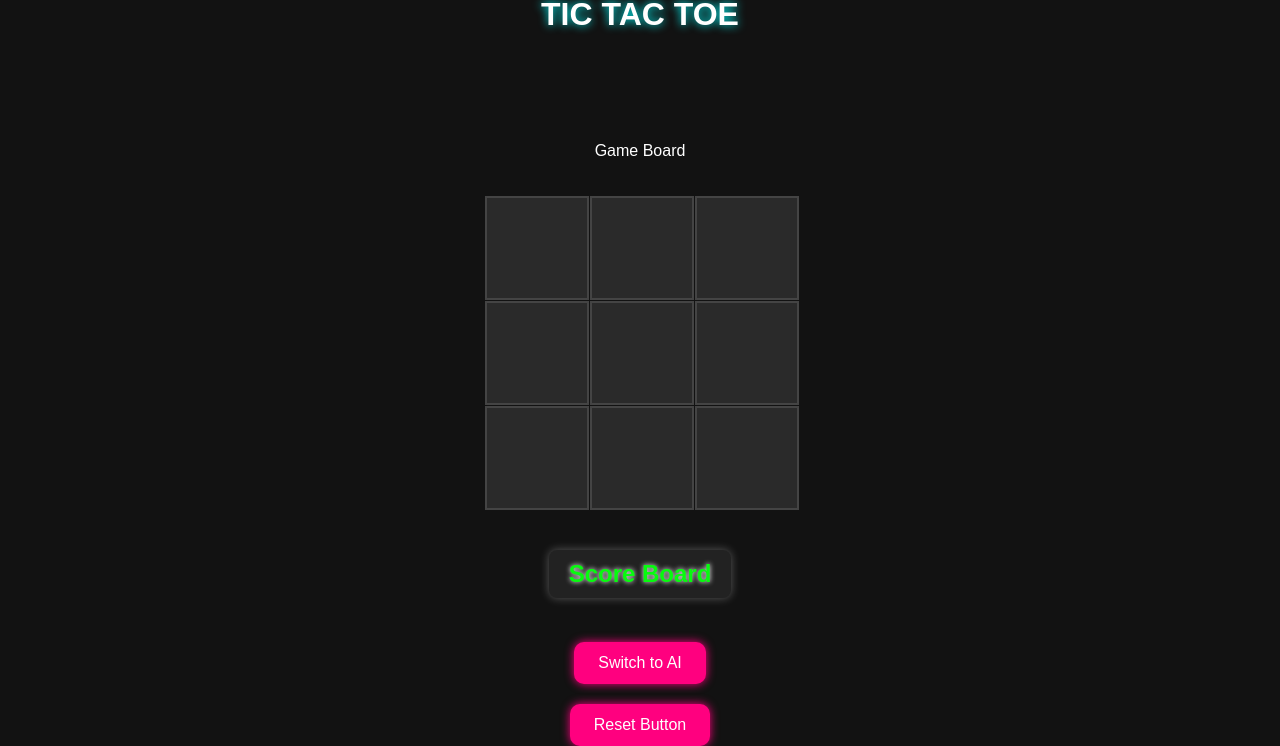
Repository: Yash19075/TicTacToe-game
Page: TicTacToe.html
These files come from the project's save history. The page is drawn as it stood at one moment and after the next save; the edit follows.
The browser window is 1280 px wide. The pictures show the whole page.

Above is the page before, as saved 2025-03-09 11:09:37.

### TicTacToe.html
<!DOCTYPE html>
<html lang="en">
<head>
    <meta charset="UTF-8">
    <meta name="viewport" content="width=device-width, initial-scale=1.0">
    <title>TicTacToe</title>
    <link rel="stylesheet" href="TicTacToe.css">
</head>
<body>
    <h1>TIC TAC TOE</h1>

    <p class="player-turn"></p>

    <p>Game Board</p>
    <div class="css-board">
        <div class="cell" onclick="handleClick(0)"></div>
        <div class="cell" onclick="handleClick(1)"></div>
        <div class="cell" onclick="handleClick(2)"></div>
        <div class="cell" onclick="handleClick(3)"></div>
        <div class="cell" onclick="handleClick(4)"></div>
        <div class="cell" onclick="handleClick(5)"></div>
        <div class="cell" onclick="handleClick(6)"></div>
        <div class="cell" onclick="handleClick(7)"></div>
        <div class="cell" onclick="handleClick(8)"></div>
    </div>
    <p class="score-board">Score Board</p>
    <button class="css-switchButton">Switch to AI</button>
    <button class="css-resetButton" onclick="button_reset()">Reset Button</button>

    <script src="TicTacToe.js"></script>
</body>
</html>

### TicTacToe.css
body {
    display: flex;
    justify-content: center;
    align-items: center;
    flex-direction: column;
    height: 100vh;
    margin: 0;
    gap: 20px;
    background-color: #121212;
    color: white;
    font-family: Arial, sans-serif;
}

h1 {
    font-size: 32px;
    text-shadow: 0 0 10px #00ffff;
}


.css-board {
    display: grid;
    grid-template-columns: repeat(3, 100px);
    grid-template-rows: repeat(3, 100px);
    gap: 5px;
}

/* Game Board Cells */
.css-board div {
    display: flex;
    justify-content: center;
    align-items: center;
    border: 2px solid #444;
    background-color: #2a2a2a;
    color: #00ffff; /* Neon cyan */
    font-size: 36px;
    font-weight: bold;
    width: 100px;
    height: 100px;
    text-shadow: 0 0 10px #00ffff;
    transition: background-color 0.3s ease-in-out, box-shadow 0.3s;
}

/* Hover effect on empty cells */
.css-board div:hover {
    background-color: #333;
    box-shadow: 0 0 10px #00ffff;
    cursor: pointer;
}

/* Buttons */
.css-switchButton, .css-resetButton {
    padding: 12px 24px;
    border-radius: 10px;
    cursor: pointer;
    font-size: 16px;
    border: none;
    background-color: #ff007f; /* Neon pink */
    color: white;
    box-shadow: 0 0 10px #ff007f;
    transition: transform 0.2s ease-in-out, background-color 0.3s, box-shadow 0.3s;
}

.css-switchButton:hover, .css-resetButton:hover {
    background-color: #ff00ff; /* Brighter glow */
    box-shadow: 0 0 15px #ff00ff;
    transform: scale(1.1);
}

.score-board {
    font-size: 24px;
    font-weight: bold;
    padding: 10px 20px;
    border-radius: 8px;
    background-color: #222; /* Dark background */
    color: rgb(6, 251, 14);
    text-shadow: 0 0 5px #ffffff;
    box-shadow: 0 0 10px rgba(255, 255, 255, 0.3);
    transition: background-color 0.3s ease-in-out, box-shadow 0.3s ease-in-out;
}

### TicTacToe.js
let board = ["","","","","","","","",""];
move = 'X';
const cells = document.querySelectorAll(".css-board div");
console.log(cells)

let cellCount = 0;
let winningPattern = [
    [0,1,2],
    [3,4,5],
    [6,7,8],
    [0,3,6],
    [1,4,7],
    [2,5,8],
    [0,4,8],
    [2,4,6]
]

// for (let i = 0; i < cells.length; i++) {
//     cells[i].onclick = function () {
//         handleClick(i);
//     };
// }

function winner() {
    for (let pattern of winningPattern)
    {
        let pos0 = cells[pattern[0]].innerText;
        let pos1 = cells[pattern[1]].innerText;
        let pos2 = cells[pattern[2]].innerText;
        // console.log(pos0,pos1,pos2);
        if(pos0 != "" && pos1!= "" && pos2 != "")
        {
            if(pos0 === pos1 && pos1 === pos2)
            {
                // console.log("Winner");
                document.querySelector(".score-board").innerText = `${pos0}'s Win`;
                for (let cell of cells) {
                    cell.onclick = null;
                    cell.classList.add("disabled");
                }
            return pos0;
            }
        }
        if(cellCount == 9)
        {
            document.querySelector(".score-board").innerText = `Its a draw`;
        }
    }
}



function handleClick(index) {
 if(move === 'X')
    {
        document.querySelector(".player-turn").innerHTML = `Player 0's turn`;
    }
    else
    {
        document.querySelector(".player-turn").innerHTML = `Player X's turn`
    }
    if (cells[index].innerHTML === '') {
        cells[index].innerHTML = move;
        move = move === 'X' ? 'O' : 'X';
        cells[index].onclick = null;
        cellCount++;
        console.log(cellCount);
    }
    winner();
}

function button_reset() {
    for(let i = 0; i <cells.length; i++)
    {
        cells[i].innerHTML = '';
        board[i] = '';
        document.querySelector(".score-board").innerText = 'ScoreBoard';
        cells[i].onclick = function() { handleClick(i); };
        document.querySelector(".player-turn").innerHTML = `Player X's turn`;
        cellCount = 0;
    }
    move = 'X'
}

After the next save:
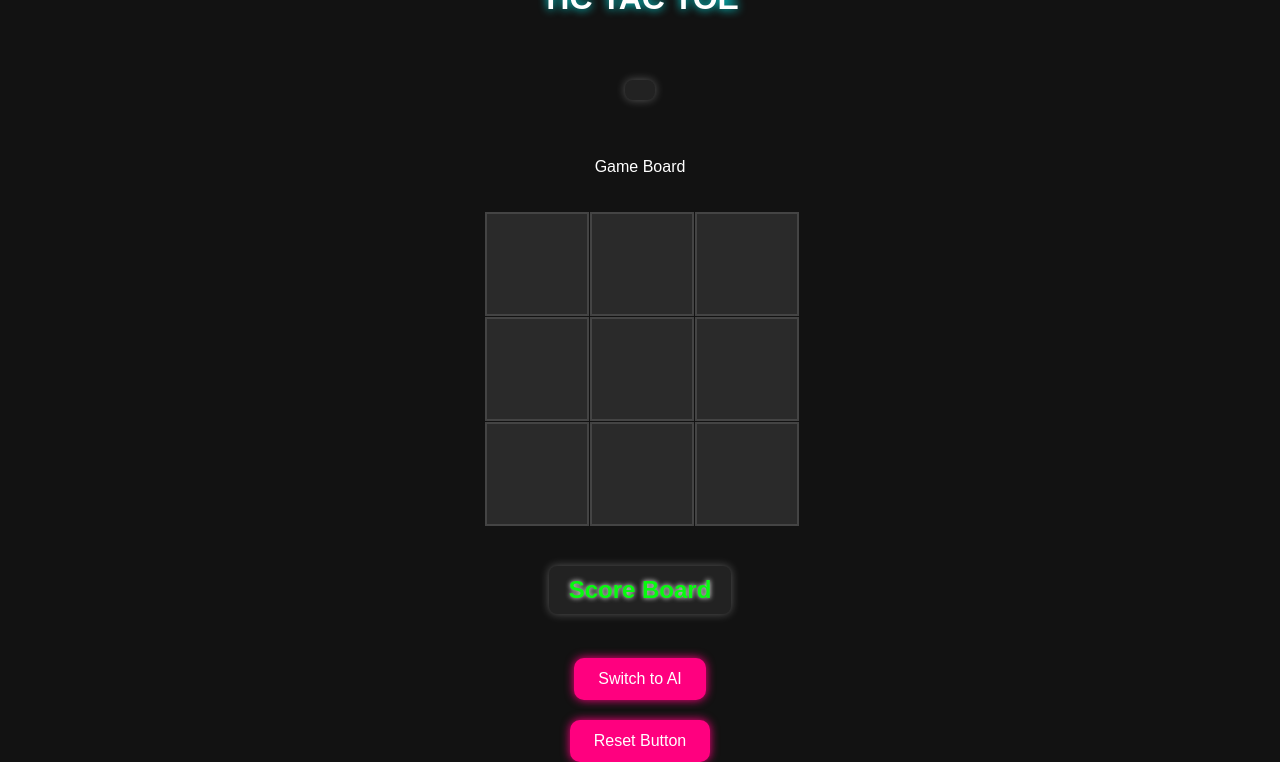
Saved 107 s later.
--- a/TicTacToe.css
+++ b/TicTacToe.css
@@ -77,3 +77,15 @@ h1 {
     box-shadow: 0 0 10px rgba(255, 255, 255, 0.3);
     transition: background-color 0.3s ease-in-out, box-shadow 0.3s ease-in-out;
 }
+
+.player-turn {
+    font-size: 22px;
+    font-weight: bold;
+    padding: 10px 15px;
+    border-radius: 8px;
+    background-color: #222; /* Dark background */
+    color: white;
+    text-shadow: 0 0 5px #ffffff;
+    box-shadow: 0 0 10px rgba(255, 255, 255, 0.3);
+    transition: background-color 0.3s ease-in-out, box-shadow 0.3s ease-in-out, color 0.3s;
+}
